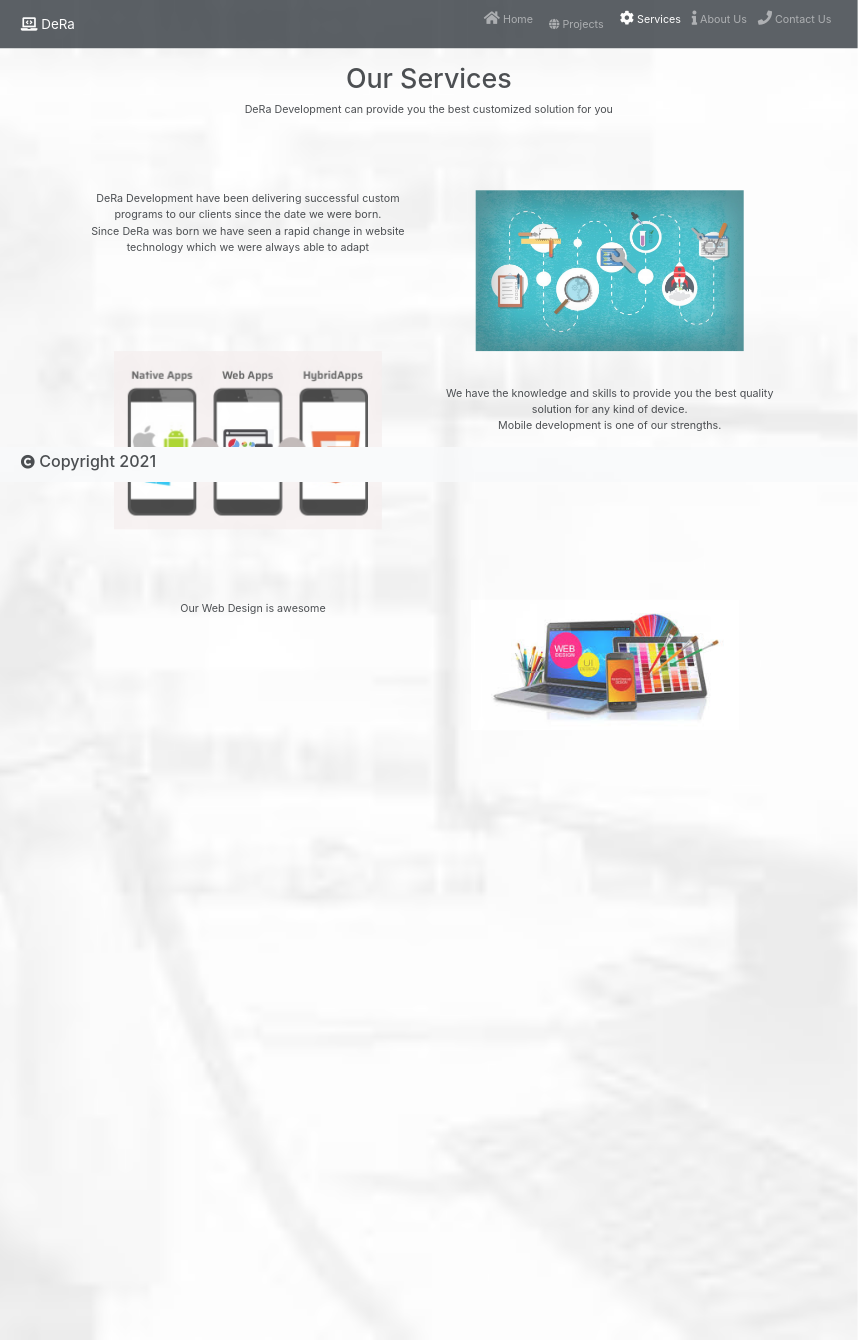
Repository: deividwsantoss/web6201-Lab1
Page: services.html
These files come from the project's save history. The page is drawn as it stood at one moment and after the next save; the edit follows.
The browser window is 1280 px wide. The pictures show the whole page, at 67% of full size.

Above is the page before, as saved 2021-02-04 12:27:02.
Console error: TypeError: Cannot set properties of null (setting 'innerHTML')

### services.html
<!DOCTYPE html>
<html lang="en">

<head>
  <meta charset="UTF-8">
  <meta name="viewport" content="width=device-width, initial-scale=1.0">
  <title>Services</title>
</head>
<!-- CSS SECTION-->
<link rel="stylesheet" href="./node_modules/bootstrap/dist/css/bootstrap.min.css">
<link rel="stylesheet" href="./node_modules/@fortawesome/fontawesome-free/css/all.min.css">
<link rel="stylesheet" href="./Content/app.css">

<body class="servicesbackgroud" id="servicesId">
  <!-- Main Header-->
  <header>
    <nav class="navbar navbar-expand-lg navbar-dark bg-dark">
      <div class="container-fluid">
        <a class="navbar-brand" href="Index.html"><i class="fas fa-laptop-code"></i> DeRa</a>
        <button class="navbar-toggler" type="button" data-bs-toggle="collapse" data-bs-target="#navbarSupportedContent"
          aria-controls="navbarSupportedContent" aria-expanded="false" aria-label="Toggle navigation">
          <span class="navbar-toggler-icon"></span>
        </button>
        <div class="collapse navbar-collapse" id="navbarSupportedContent">
          <ul class="navbar-nav ml-auto mb-2 mb-lg-0">
            <li class="nav-item">
              <a class="nav-link " aria-current="page" href="Index.html"><i class="fas fa-home fa-lg"></i> Home</a>
            </li>
            <li class="nav-item">
              <a id="prod" class="nav-link" aria-current="page" href="products.html" name=><i class="fas fa-globe fa-lg"></i>
                Products</a>
            </li>
            <li class="nav-item">
              <a class="nav-link active" aria-current="page" href="services.html"><i class="fas fa-cog fa-lg"></i>
                Services</a>
            </li>
            <li class="nav-item">
              <a class="nav-link" aria-current="page" href="about.html"><i class="fas fa-info fa-lg"></i> About Us</a>
            </li>
            <li class="nav-item">
              <a class="nav-link" aria-current="page" href="contact.html"><i class="fas fa-phone fa-lg"></i> Contact
                Us</a>
            </li>

          </ul>

        </div>
      </div>
    </nav>

  </header>

  <!-- Main Content-->
  <main id="servicesMain" class="container text-md-center">
    <h1 class="text-center">Our Services</h1>
    <p id="serviceIntro"></p>
    <div id="mainInformation" class="container" >
      <div id="mainInformation" class="row">

        <div id="mainInformation" class="col">
          <p id="customParagraph"></p>

        </div>
        <div id="mainInformation" class="col">
          <img id="custompg" src="./Content/custom-programming.jpg">
        </div>
      </div>
      <div class="container">
        <div class="row">
          <div class="col">
            <img id="custompg" src="./Content/mobile.jpg">
            </div>
          <div d="mobileParagraph" class="col" >
           <p id="mobileInfo" i></p>

          </div>
        </div>
        <div id="mainInformation" class="row">
          <div id="mainInformation" class="col">
            <p id="DesParagraph"></p>
          </div>
          <div id="mainInformation" class="col">
            <img id="custompg" src="./Content/webdesign.jpg">
          </div>
        </div>
      </div>
    </div>
  </main>
  <!-- Main Footer-->


  </footer>
  <!--- Script Section-->
  <script src="./node_modules/jquery/dist/jquery.min.js"></script>
  <script src="./node_modules/bootstrap/dist/js/bootstrap.bundle.min.js"></script>
  <script src="./Scripts/app.js"></script>
</body>

</html>

### Content/app.css
/* Custom CSS goes here */

html{
    height: auto;
}
body{
    height: 100%;


}
.bg{
    background-image: url("Background-White.jpg");
    background-repeat: no-repeat;
    background-size: cover;
    background-position: center;
    opacity: 0.8;
}

.contactimage{
    background-image:url("contactimg.jpg");
    background-repeat: no-repeat;
    background-size: cover;
    background-position: center;
    opacity: 0.8;
}
.productsbg {
    background-image:url("productsbg.jpg");
    background-repeat: no-repeat;
    background-size: cover;
    background-position: center;
    opacity: 0.8;
}

.servicesbackgroud{
    height: 2000px;
    background-image:url("services.jpg");
    background-repeat: repeat;
    background-size: cover;
    background-position: center;
    opacity: 0.8;


}
.aboutus{
    background-image:url("bgimage.jpg");
    background-repeat: no-repeat;
    background-size: cover;
    background-position: center;
    opacity: 0.8;
}

#paragraphOne {
    color: black;
    font-size: 220%;
    margin-top: 25%;
    text-shadow: 2px 2px 4px #000;
    font-family: cursive;
    font-weight: bold;

}
h1{
    margin-top: 2%;
}

#custompg{
    width: 400px;

}

#projectsImg{
    width: 150px;
    margin-top: 10%;
}

#pic{
    width:310px; /* you can use % */
    height: auto;
}

#aboutmain{
    margin-top: 100px;
}
#dlParagraph{
    margin-top: 10%;
    margin-top: 10%;
    font-size: large;
    font-weight: bold;
}
#scotiaParagraph{
    margin-top: 10%;
    font-size: large;
    font-weight: bold;
}

#mainInformation{
    margin-top: 5%;
    margin-right: 0%;
    margin-left: 0%;
}
#mobileInfo{
    margin-top: 10%;
}

### Scripts/app.js
/* Custom JavaScript goes here */


"use strict";

(function(){

    function addHr(){

      //  let navIn = document.getElementById("mainUl").getElementsByTagName("ul");

        let liCreate = document.createElement('li');

        liCreate.innerHTML = `<a id="prod" class="nav-link" aria-current="page" href="products.html"><i class="fas fa-globe" name="prod"></i> Human Resources</a>`;

        navIn.insertBefore(liCreate, navIn.getElementsByTagName("li")[1]);

    }

    function addFooter(){


        const body = document.body;
        let footerNav = document.createElement('footer');

        footerNav.innerHTML = `<nav class="navbar fixed-bottom navbar-light bg-light">
        <div class="container-fluid">
          <h4 ><i class="fas fa-copyright fa-sm"></i> Copyright 2021 </h4>
      </div>
        </nav>`

        body.appendChild(footerNav);

    }

    function Projects(){
        let productsElement = document.getElementById("prod");
        let prod = `<a id="prod" class="nav-link" aria-current="page" href="products.html"><i class="fas fa-globe" name="prod"></i> Projects</a>`;


        productsElement.innerHTML = prod;

        let prodNameElement = document.getElementById("prodName");
        let projectName = `<h1 id="prodName" class="text-center">Our Projects</h1>`

        prodNameElement.innerHTML = projectName;
    }
    function displayHome(){
        let paragraphOneText = "Welcome to DeRa Development Website for WebD6201";
        let paragraphOneElement = document.getElementById("paragraphOne");

        paragraphOneElement.textContent = paragraphOneText;
        paragraphOneElement.className = "fs-6 ";
    }
    function displayAbout(){

    }
    function displayProducts(){

        //deloitte
        let dlText = "DeRa is proud for leading the main developing project for DL."
        let dlElement = document.getElementById("dlParagraph");

        dlElement.textContent = dlText;

        let scotiaText = "Another Big company we are proud to have worked with"
        let scotiaElement = document.getElementById("scotiaParagraph");

        scotiaElement.textContent = scotiaText;

    }
    function displayServices(){

        //intro text
        let servicesIntroText = "DeRa Development can provide you the best customized solution for you";
        let servicesIntroElement = document.getElementById("serviceIntro");
        servicesIntroElement.textContent = servicesIntroText;

        // custom dev text
        let customParagraphText = "DeRa Development have been delivering successful custom programs to our clients since the date we were born. \nSince DeRa was born we have seen a rapid change in website technology which we were always able to adapt";
        let customParagraphElement = document.getElementById("customParagraph");

        customParagraphElement.innerText = customParagraphText;

        //mobile text

        let mobileParagraphText = "We have the knowledge and skills to provide you the best quality solution for any kind of device. \nMobile development is one of our strengths.";
        let mobileParagraphElement = document.getElementById("mobileInfo");

        mobileParagraphElement.innerText = mobileParagraphText;

        //design paragraph
        let webDesignParagraphText = "Our Web Design is awesome";
        let webDesignParagraphElement = document.getElementById("DesParagraph");

        webDesignParagraphElement.innerText = webDesignParagraphText;
    }
    function displayContact(){

        let messageArea = document.getElementById("messageArea");
        messageArea.hidden = true;

        //Form Validation...

        let fullName = document.getElementById("fullName");
        fullName.addEventListener("blur", function(){
            if(fullName.value.length < 2){
                fullName.focus;
                fullName.select();
                messageArea.hidden = false;
                messageArea.className = "alert alert-danger";
                messageArea.textContent = "Please, Enter an appropriate name."
            }
            else{
                messageArea.removeAttribute("Class");
                messageArea.hidden = true;
            }
        });

        //validating number
        let contactNumber = document.getElementById("contactNumber");
        contactNumber.addEventListener("blur", function(){

            if(contactNumber.value.length < 10 || contactNumber.value.length > 10 )
            {
                contactNumber.focus;
                contactNumber.select();
                messageArea.hidden = false;
                messageArea.className = "alert alert-danger";
                messageArea.textContent = "Please, Insert a valid Number";
            }
            else {
                messageArea.removeAttribute("Class");
                messageArea.hidden = true;
            }

        });

        // Validating short text
        let shortMessage = document.getElementById("shortMessage");
        shortMessage.addEventListener("blur", function(){

            if(shortMessage.value.length > 50){
                shortMessage.focus;
                shortMessage.select();
                messageArea.hidden = false;
                messageArea.className = "alert alert-danger";
                messageArea.textContent = "Maximum characters allowed (50)";
            }
            else{
                messageArea.removeAttribute("Class");
                messageArea.hidden = true;
            }
        });

        let sendButton = document.getElementById("sendButton");
        sendButton.addEventListener("click", function(event){
            event.preventDefault();
        });
        document.getElementById("sendButton").onclick = function (){
            location.href = "index.html"
        };

    }


    function Start(){
        console.log("App Start...");

        switch (document.title) {

            case 'Home':
                displayHome();
                break;
            case 'About':
                displayAbout();
                break;
            case 'Products':
                displayProducts();
                break;
            case 'Services':
                displayServices();
                break;
            case 'Contact':
                displayContact();
                break;

        }


    }

    window.addEventListener("load",addFooter);
    window.addEventListener("load",Projects);
    window.addEventListener("load",Start);
    window.addEventListener("load",addHr);

})();

Loaded but not shown: node_modules/bootstrap/dist/css/bootstrap.min.css (library); node_modules/@fortawesome/fontawesome-free/css/all.min.css (library); node_modules/jquery/dist/jquery.min.js (library); node_modules/bootstrap/dist/js/bootstrap.bundle.min.js (library)

After the next save:
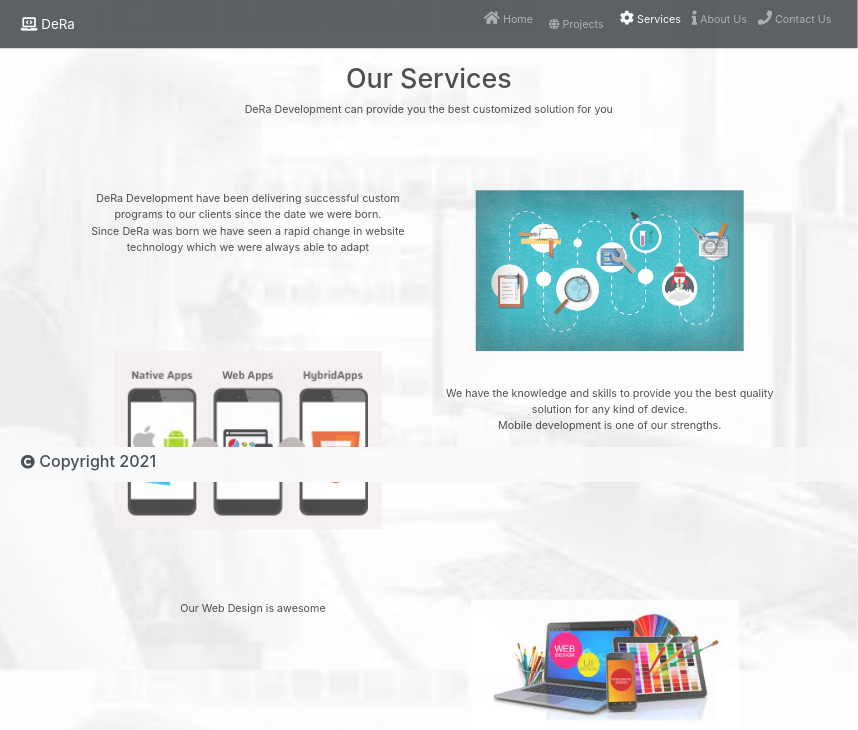
Saved 13 s later.
--- a/Content/app.css
+++ b/Content/app.css
@@ -32,7 +32,7 @@ body{
 }
 
 .servicesbackgroud{
-    height: 2000px;
+    height: 1000px;
     background-image:url("services.jpg");
     background-repeat: repeat;
     background-size: cover;
